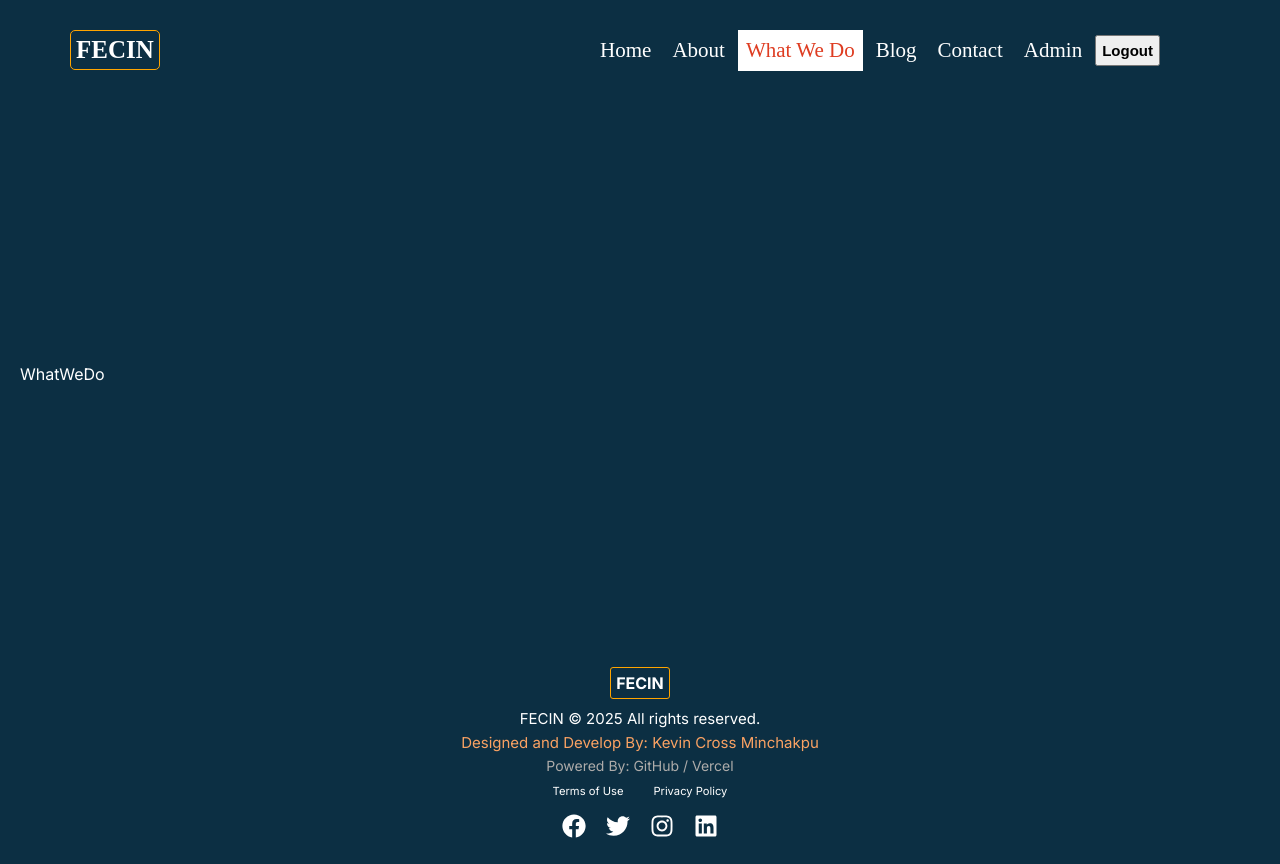
Repository: KCMinchakpu/fecin-projectgs497
Page: /whatwedo
These files come from the project's save history. The page is drawn as it stood at one moment and after the next save; the edit follows.
The browser window is 1280 px wide. The pictures show the whole page.
The project was rebuilt for these pictures with package versions that can differ from the ones it lists, and the page was loaded fresh each time. The framework's server and built-in components were replaced by stand-ins that run in the browser. Also part of the build but not shown: next.config.mjs.

Above is the page before, as saved 2025-04-02 18:28:52.

After the next save:
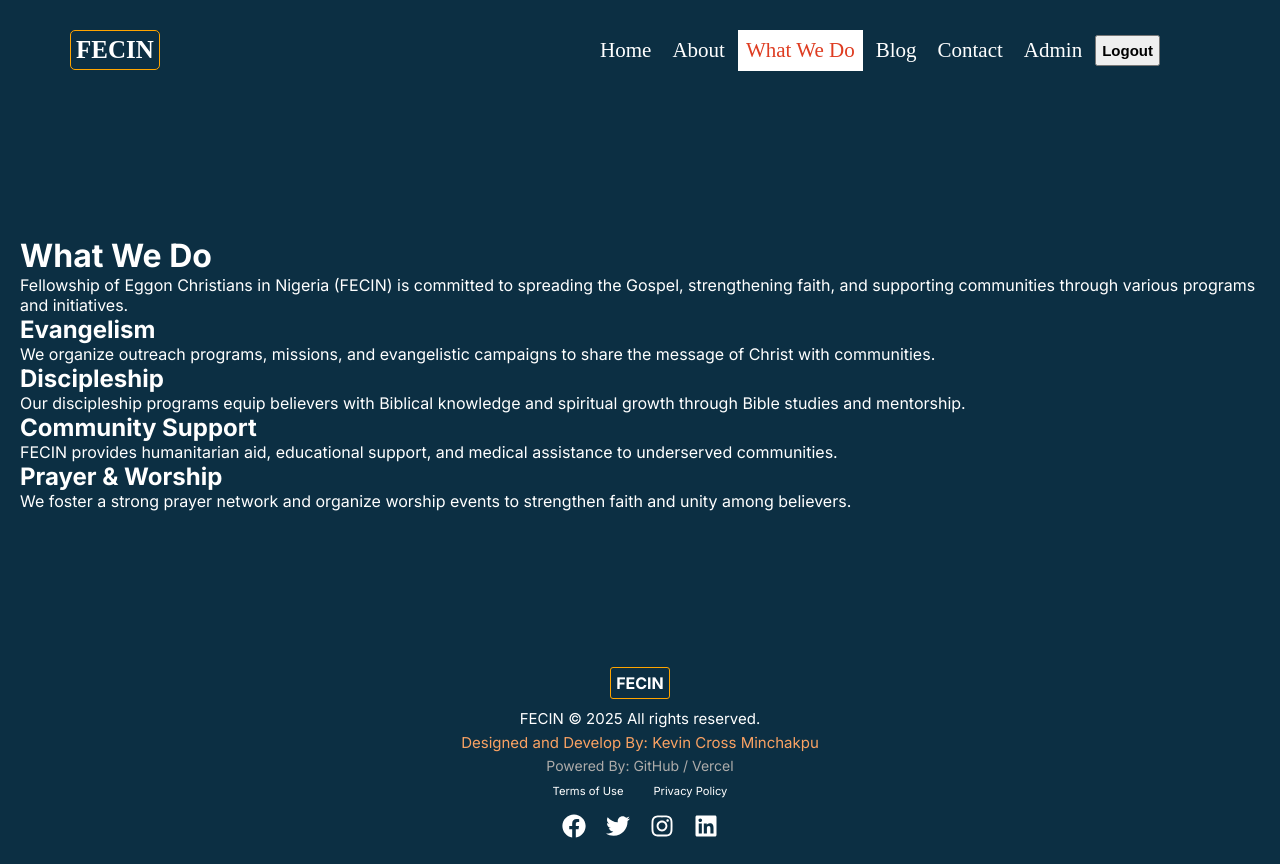
Saved 4 min 5 s later.
--- a/src/app/whatwedo/page.jsx
+++ b/src/app/whatwedo/page.jsx
@@ -2,7 +2,46 @@ import React from 'react'
 
 const WhatWeDo = () => {
   return (
-    <div>WhatWeDo</div>
+    <div className="min-h-screen bg-gray-100 text-gray-900">
+    <div className="max-w-4xl mx-auto py-16 px-6">
+      <h1 className="text-4xl font-bold text-center text-blue-600 mb-8">
+        What We Do
+      </h1>
+      <p className="text-lg text-center mb-12">
+        Fellowship of Eggon Christians in Nigeria (FECIN) is committed to spreading the Gospel, strengthening faith, and supporting communities through various programs and initiatives.
+      </p>
+
+      <div className="grid gap-8 md:grid-cols-2">
+        <div className="bg-white p-6 rounded-lg shadow-lg">
+          <h2 className="text-2xl font-semibold text-blue-500">Evangelism</h2>
+          <p className="mt-2 text-gray-700">
+            We organize outreach programs, missions, and evangelistic campaigns to share the message of Christ with communities.
+          </p>
+        </div>
+
+        <div className="bg-white p-6 rounded-lg shadow-lg">
+          <h2 className="text-2xl font-semibold text-blue-500">Discipleship</h2>
+          <p className="mt-2 text-gray-700">
+            Our discipleship programs equip believers with Biblical knowledge and spiritual growth through Bible studies and mentorship.
+          </p>
+        </div>
+
+        <div className="bg-white p-6 rounded-lg shadow-lg">
+          <h2 className="text-2xl font-semibold text-blue-500">Community Support</h2>
+          <p className="mt-2 text-gray-700">
+            FECIN provides humanitarian aid, educational support, and medical assistance to underserved communities.
+          </p>
+        </div>
+
+        <div className="bg-white p-6 rounded-lg shadow-lg">
+          <h2 className="text-2xl font-semibold text-blue-500">Prayer & Worship</h2>
+          <p className="mt-2 text-gray-700">
+            We foster a strong prayer network and organize worship events to strengthen faith and unity among believers.
+          </p>
+        </div>
+      </div>
+    </div>
+  </div>
   )
 }
 
